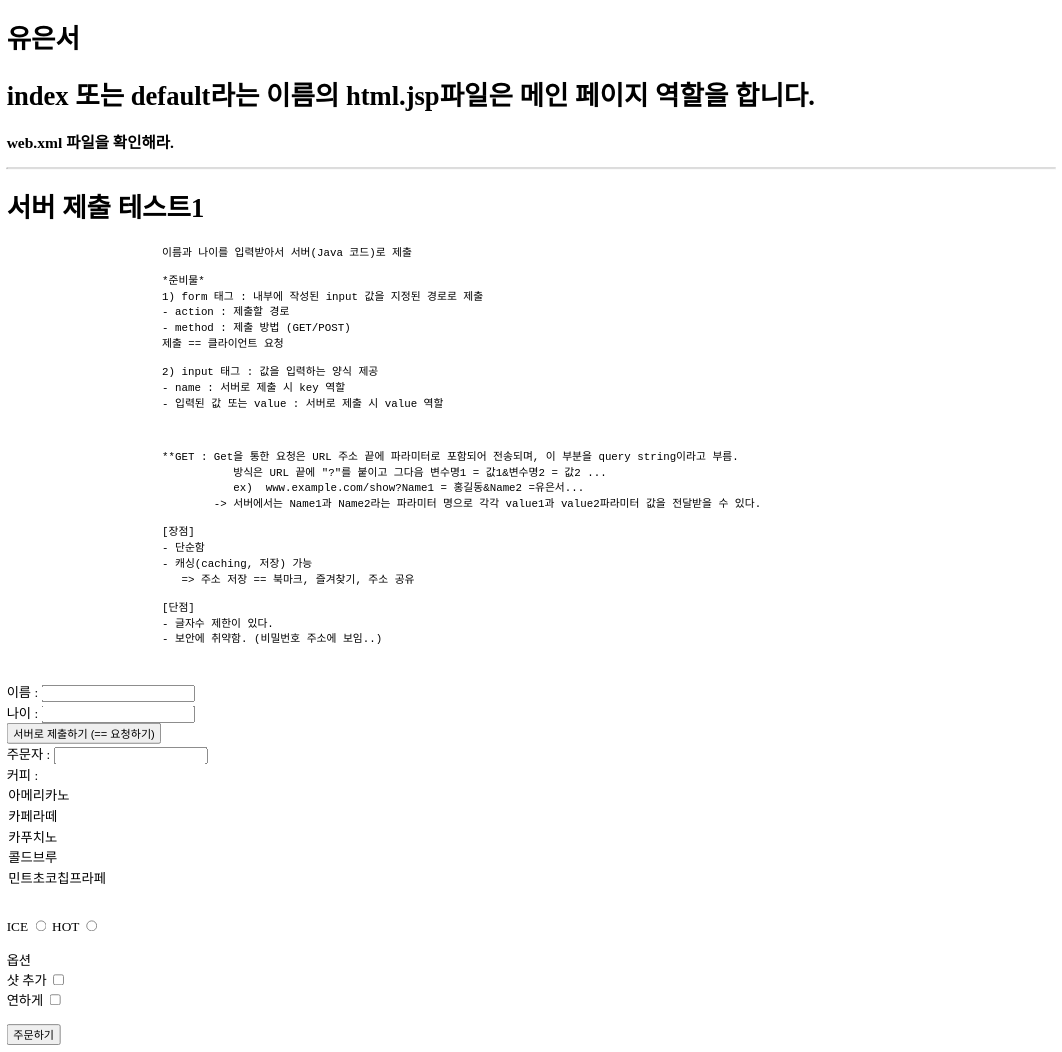
Repository: vegayes/06_Server
Page: ServletProject/src/main/webapp/index.html
The author's editor kept a copy of each file at every save. The page is drawn from the files as they stood at one save, then again after the next save.
The browser window is 1280 px wide. The pictures show the whole page, at 83% of full size.

Above is the page before, as saved 2023-09-15 02:46:20.

### ServletProject/src/main/webapp/index.html
<!DOCTYPE html>
<html lang="en">
	<head>
		<meta charset="UTF-8">
		<meta name="viewport" content="width=device-width, initial-scale=1.0">
		<title>Servlet 프로젝트</title>
	</head>
	<body>
		<h1>유은서</h1>
		<h1>index 또는 default라는 이름의 html.jsp파일은 메인 페이지 역할을 합니다.</h1>
		<h3>web.xml 파일을 확인해라.</h3>

		<hr>

		<h1>서버 제출 테스트1</h1>
		<pre>
			이름과 나이를 입력받아서 서버(Java 코드)로 제출

			*준비물*
			1) form 태그 : 내부에 작성된 input 값을 지정된 경로로 제출
			- action : 제출할 경로
			- method : 제출 방법 (GET/POST)
			제출 == 클라이언트 요청

			2) input 태그 : 값을 입력하는 양식 제공
			- name : 서버로 제출 시 key 역할
			- 입력된 값 또는 value : 서버로 제출 시 value 역할



			**GET : Get을 통한 요청은 URL 주소 끝에 파라미터로 포함되어 전송되며, 이 부분을 query string이라고 부름.
				   방식은 URL 끝에 "?"를 붙이고 그다음 변수명1 = 값1&변수명2 = 값2 ...
				   ex) 	www.example.com/show?Name1 = 홍길동&Name2 =유은서...
				-> 서버에서는 Name1과 Name2라는 파라미터 명으로 각각 value1과 value2파라미터 값을 전달받을 수 있다.

			[장점]
			- 단순함
			- 캐싱(caching, 저장) 가능
			   => 주소 저장 == 북마크, 즐겨찾기, 주소 공유

			[단점]
			- 글자수 제한이 있다.
			- 보안에 취약함. (비밀번호 주소에 보임..)

		</pre>

		<form action ="/example1" method="get">
			이름 : <input type ="text" name = "inputName"> <br>
			나이 : <input type="number" name = "inputAge"> <br>

			<button>서버로 제출하기 (== 요청하기)</button>
		</form>

		<from action ="/example2" method="get">
			주문자 : <input name ="orderer">
			<br>
			<!-- option에 value 없으면 작성된 내용이 value가 됨.-->
			커피 :
			<section name = "coffee">
				<option>아메리카노</option>
				<option>카페라떼</option>
				<option>카푸치노</option>
				<option>콜드브루</option>
				<option>민트초코칩프라페</option>
			</section>

			<br><br>
			ICE <input type ="radio" name = "type" value="ICE">
			HOT <input type ="radio" name = "type" value="HOT">
			<!--radio타입에서  value값 지정하지 않으면 on으로 제출됨 그래서 value값 지정하길 권장-->

			<br><br>
			옵션 <br>
			샷 추가 <input type="checkbox" name = "opt" value = "shot">
			<br>
			연하게 <input type="checkbox" name = "opt" value = "mild">

			<br><br>
			<button>주문하기</button>

		</from>




	</body>
</html>

After the next save:
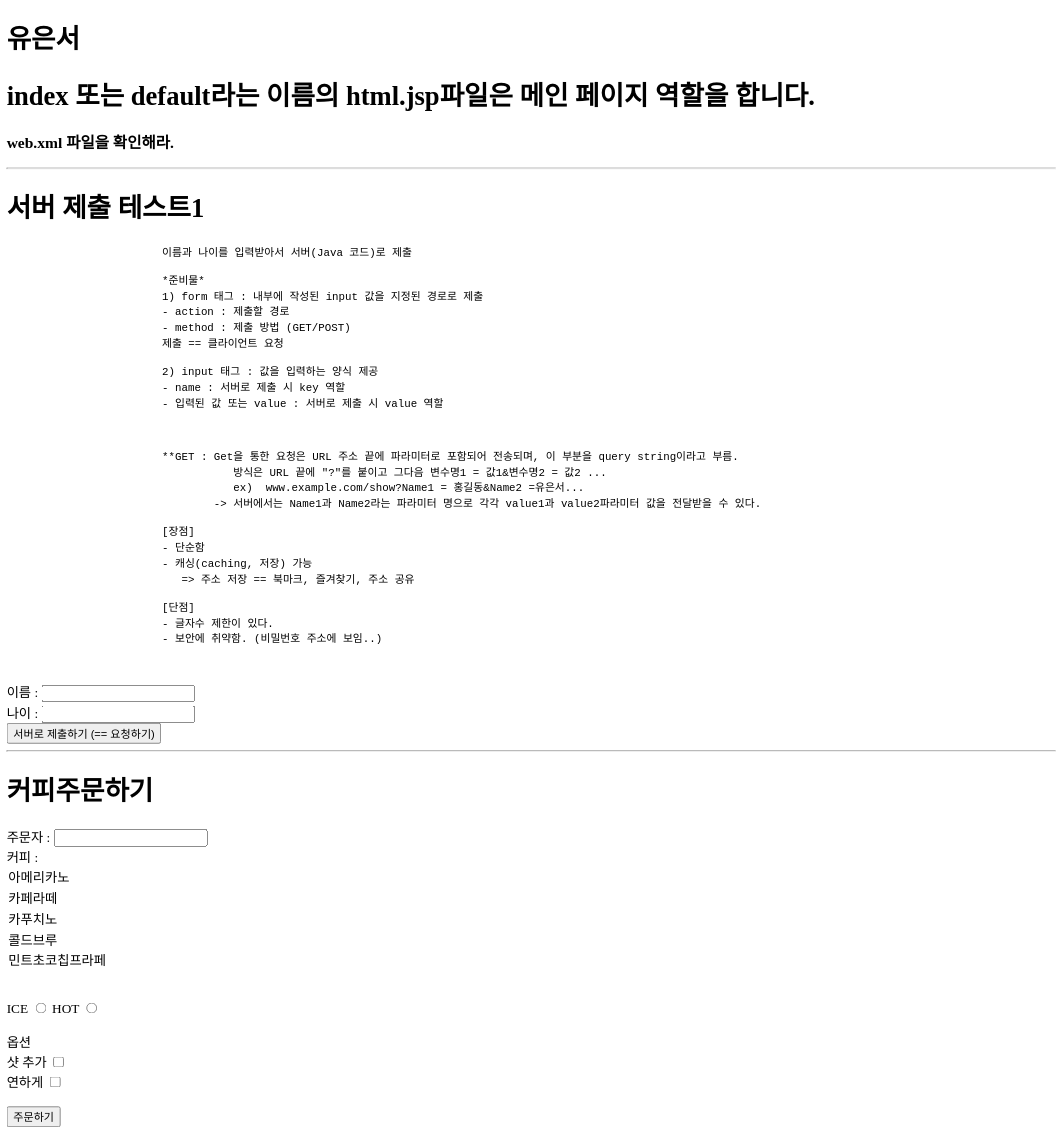
Saved 44 s later.
--- a/ServletProject/src/main/webapp/index.html
+++ b/ServletProject/src/main/webapp/index.html
@@ -51,6 +51,9 @@
 			<button>서버로 제출하기 (== 요청하기)</button>
 		</form>
 
+		<hr>
+		<h1>커피주문하기</h1>
+
 		<from action ="/example2" method="get">
 			주문자 : <input name ="orderer">
 			<br>
